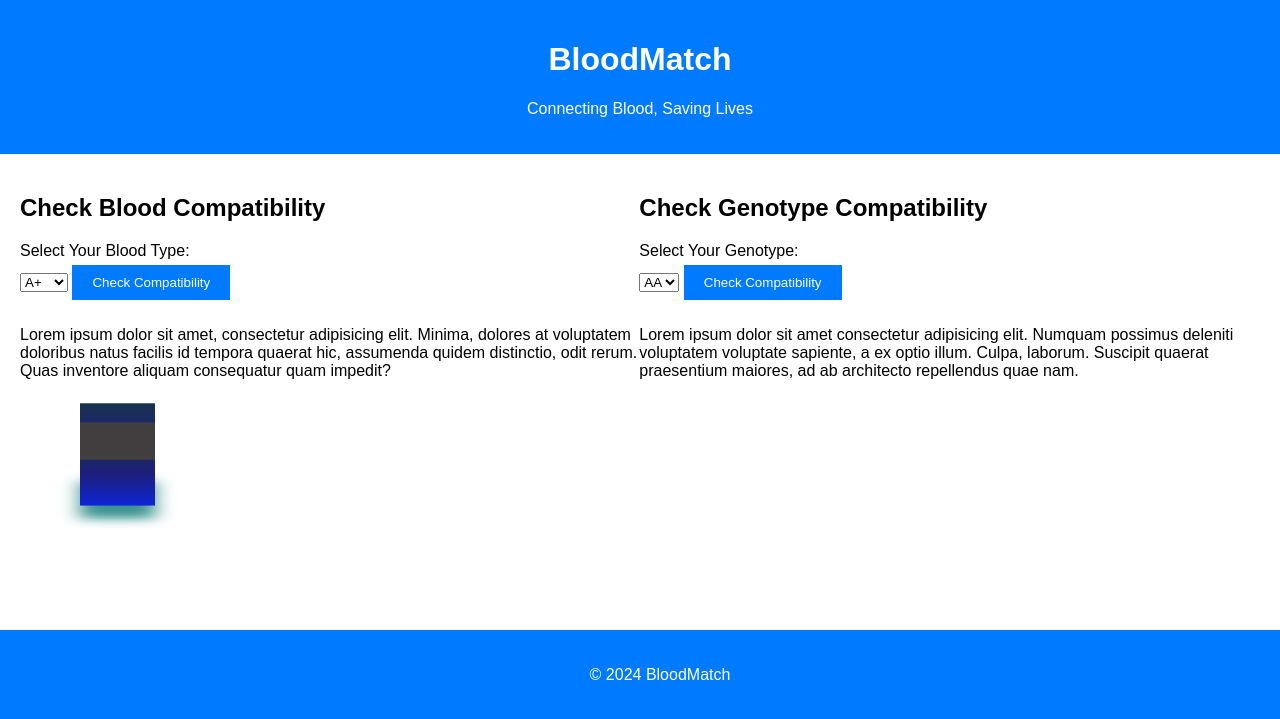
Repository: JuliusMonday/BloodMatch
Page: index.html
The author's editor kept a copy of each file at every save. The page is drawn from the files as they stood at one save, then again after a run of saves.
The browser window is 1280 px wide. The pictures show the whole page.

Above is the page before, as saved 2024-05-02 16:33:43.

### index.html
<!DOCTYPE html>
<html lang="en">
<head>
  <meta charset="UTF-8">
  <meta name="viewport" content="width=device-width, initial-scale=1.0">
  <title>BloodMatch</title>
  <link rel="stylesheet" href="style.css">
</head>
<body>
  <header>
    <h1>BloodMatch</h1>
    <p>Connecting Blood, Saving Lives</p>
  </header>
  <main>
    <section id="bloodType">
      <h1>Check Blood Compatibility</h1>
      <label for="selectBloodType">Select Your Blood Type:</label>
      <select id="selectBloodType">
        <option value="A+">A+</option>
        <option value="A-">A-</option>
        <option value="B+">B+</option>
        <option value="B-">B-</option>
        <option value="AB+">AB+</option>
        <option value="AB-">AB-</option>
        <option value="O+">O+</option>
        <option value="O+">O+</option>
      </select>
      <button onclick="checkBloodCompatibility()">Check Compatibility</button>
      <p id="compatibilityResult">Lorem ipsum dolor sit amet, consectetur adipisicing elit. Minima, dolores at voluptatem doloribus natus facilis id tempora quaerat hic, assumenda quidem distinctio, odit rerum. Quas inventore aliquam consequatur quam impedit?</p>
    </section>
    <section id="genotype">
      <h1>Check Genotype Compatibility</h1>
      <label for="selectGenotype">Select Your Genotype:</label>
      <select id="selectGenotype">
        <option value="AA">AA</option>
        <option value="AS">AS</option>
        <option value="SS">SS</option>
      </select>
      <button onclick="checkGenotypeCompatibility()">Check Compatibility</button>
      <p id="genotypeResult">Lorem ipsum dolor sit amet consectetur adipisicing elit. Numquam possimus deleniti voluptatem voluptate sapiente, a ex optio illum. Culpa, laborum. Suscipit quaerat praesentium maiores, ad ab architecto repellendus quae nam.</p>
    </section>
  </main>
  <div class="cube-loader">
    <div class="cube-top"></div>
    <div class="cube-wrapper">
      <span style="--i:0" class="cube-span"></span>
      <span style="--i:1" class="cube-span"></span>
      <span style="--i:2" class="cube-span"></span>
      <span style="--i:3" class="cube-span"></span>
    </div>
  </div>
  <br>
  <footer>
    <p>&copy; 2024 BloodMatch</p>
  </footer>
  <script src="script.js"></script>
</body>
</html>

### style.css
body {
    font-family: Arial, sans-serif;
    margin: 0;
    padding: 0;
  }

  header, footer {
    background-color: #007bff;
    color: #ffffff;
    text-align: center;
    padding: 20px;
  }

  main {
    padding: 20px;
    display: flex;

  }

  section {
    margin-bottom: 20px;
  }

  label {
    display: block;
    margin-bottom: 5px;
  }

  select, button {
    margin-bottom: 10px;
  }

  button {
    background-color: #007bff;
    color: #ffffff;
    border: none;
    padding: 10px 20px;
    cursor: pointer;
  }

  button:hover {
    background-color: #0056b3;
  }

  footer {
    bottom: 0;
    width: 100%;
      }
      .cube-loader {
        position: relative;
      /* u can choose any size */
        width: 75px;
        height: 75px;
        transform-style: preserve-3d;
        transform: rotateX(-30deg);
        animation: animate 4s linear infinite;
      }

      @keyframes animate {
        0% {
          transform: rotateX(-30deg) rotateY(0);
        }

        100% {
          transform: rotateX(-30deg) rotateY(360deg);
        }
      }

      .cube-loader .cube-wrapper {
        position: absolute;
        width: 100%;
        height: 100%;
        /* top: 0;
        left: 0; */
        transform-style: preserve-3d;
      }

      .cube-loader .cube-wrapper .cube-span {
        position: absolute;
        width: 100%;
        height: 100%;
        /* top: 0;
        left: 0; */
                                           /* width 75px / 2 = 37.5px */
        transform: rotateY(calc(90deg * var(--i))) translateZ(37.5px);
        background: linear-gradient(
  to bottom,
  hsl(210, 50%, 20%) 0%,
  hsl(240, 60%, 30%) 50%,
  hsl(233, 88%, 45%) 100%
);

      }

      .cube-top {
        position: absolute;
        width: 75px;
        height: 75px;
        background: hsl(330, 3.13%, 25.1%) 0%;
                            /* width 75px / 2 = 37.5px */
        transform: rotateX(90deg) translateZ(37.5px);
        transform-style: preserve-3d;
      }

      .cube-top::before {
        content: '';
        position: absolute;
      /* u can choose any size */
        width: 75px;
        height: 75px;
        background: hsl(176.61, 42.28%, 40.7%) 19.6%;
        transform: translateZ(-90px);
        filter: blur(10px);
        box-shadow: 0 0 10px #323232,
                    0 0 20px hsl(176.61, 42.28%, 40.7%) 19.6%,
                    0 0 30px #323232,
                    0 0 40px hsl(176.61, 42.28%, 40.7%) 19.6%;
      }

      .cube-loader{
        text-align: center;
        display:grid;
        place-items: center;
        margin: auto 80px;
      }

@media (min-width: 768px){
    footer {
        position:fixed;
        bottom: 0;
        }
}

@media (max-width: 767px){
    main {
        padding: 20px;
        flex-direction: column;
          }
}

### script.js
const checkBloodCompatibility = () =>{
    let selectedBloodType = document.getElementById("selectBloodType").value;
    let compatibilityResult = document.getElementById("compatibilityResult");
    let compatibleBloodTypes = "";

    // Logic to determine compatible blood types
    switch(selectedBloodType) {
      case "A+":
        compatibleBloodTypes = "sample";
        break;
      case "A-":
        compatibleBloodTypes = "SAMPLE";
        break;
      case "B+":
        compatibleBloodTypes = "SAMPLE";
        break;
      case "B-":
        compatibleBloodTypes = "SAMPLE";
        break;
      case "AB+":
        compatibleBloodTypes = "SAMPLE";
        break;
      case "AB-":
        compatibleBloodTypes = "sample";
        break;
      case "O+":
        compatibleBloodTypes = "SAMPLE";
        break;
      case "O-":
        compatibleBloodTypes = "sample";
        break;
    }

    compatibilityResult.textContent = "Compatible blood types: " + compatibleBloodTypes;
  }

  const checkGenotypeCompatibility = () => {
    let selectedGenotype = document.getElementById("selectGenotype").value;
    let genotypeResult = document.getElementById("genotypeResult");
    let compatibleGenotypes = "";

    // Logic to determine compatible genotypes
    switch(selectedGenotype) {
      case "AA":
        compatibleGenotypes = "AA";
        break;
      case "AS":
        compatibleGenotypes = "AA, AS";
        break;
      case "SS":
        compatibleGenotypes = "SS";
        break;
      case "SC":
        compatibleGenotypes = "SC"
    }

    genotypeResult.textContent = `<h1>Compatible genotypes: " + compatibleGenotypes</h1>"`;
  }

After the next 2 saves:
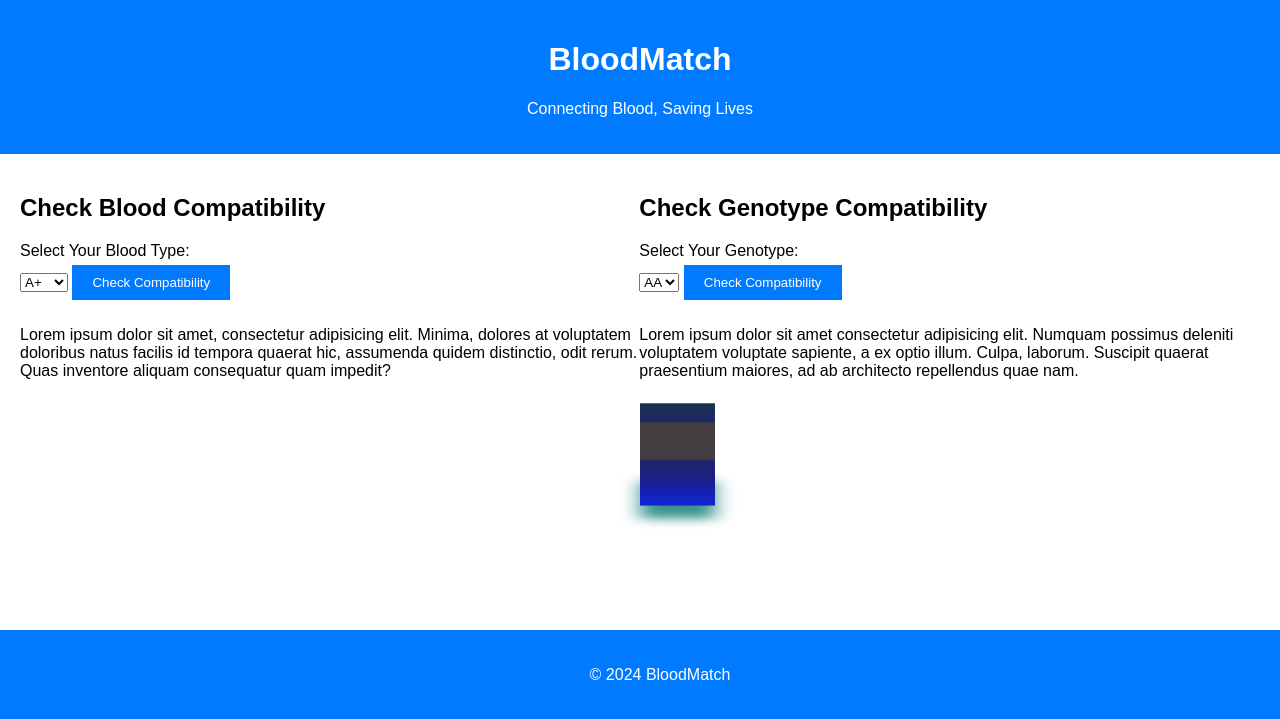
The 2 saves are shown as one change because they came seconds apart.
The last was saved 21 s later.
--- a/style.css
+++ b/style.css
@@ -121,7 +121,7 @@ body {
         text-align: center;
         display:grid;
         place-items: center;
-        margin: auto 80px;
+        margin: auto 50%;
       }
 
 @media (min-width: 768px){
